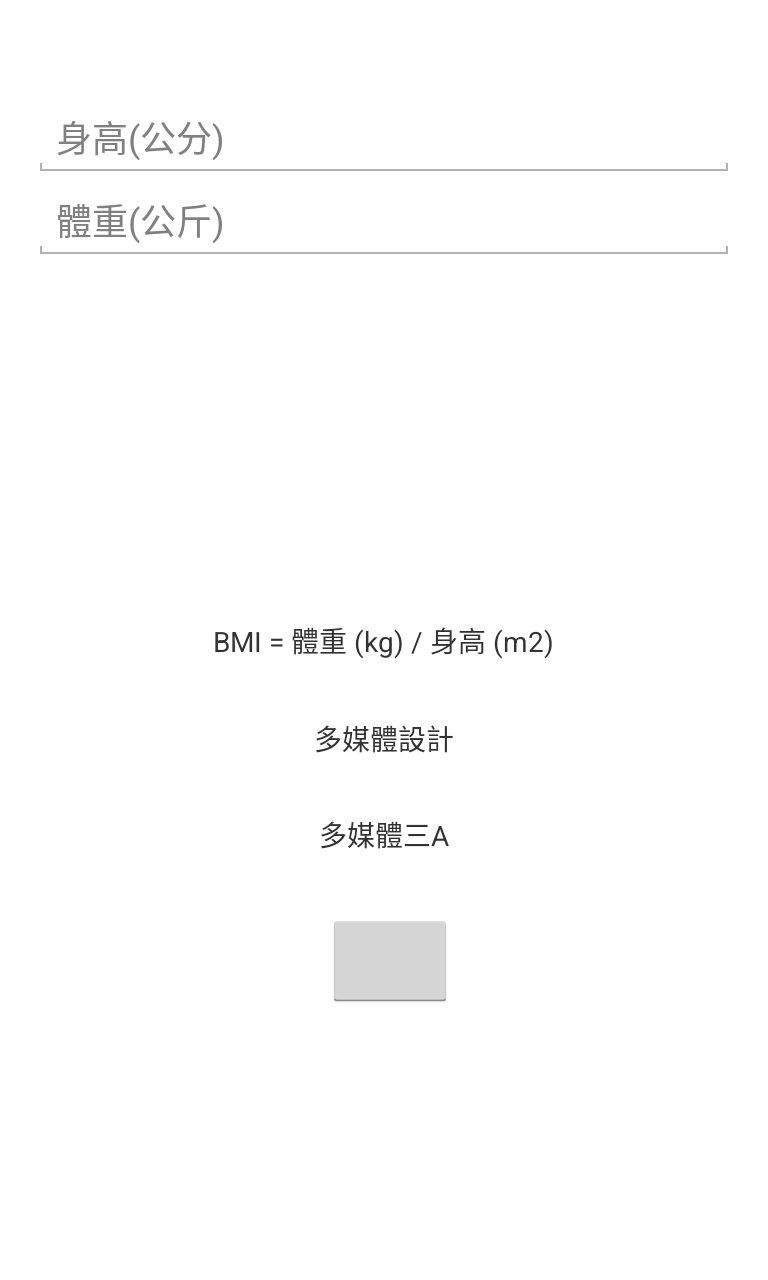
Repository: ericluo1123/myAndroidCode
Layout: myAndroidProject/res/layout/activity_main.xml
An editor plug-in stored every save of this project. The layout is shown before and after the next save, followed by the edit.
It is drawn on a 768 x 1280 px phone screen (xhdpi) without system bars, with theme AppTheme; the app's code is not run.

Above is the layout before, as saved 2014-09-26 05:42:41.

After the next save:
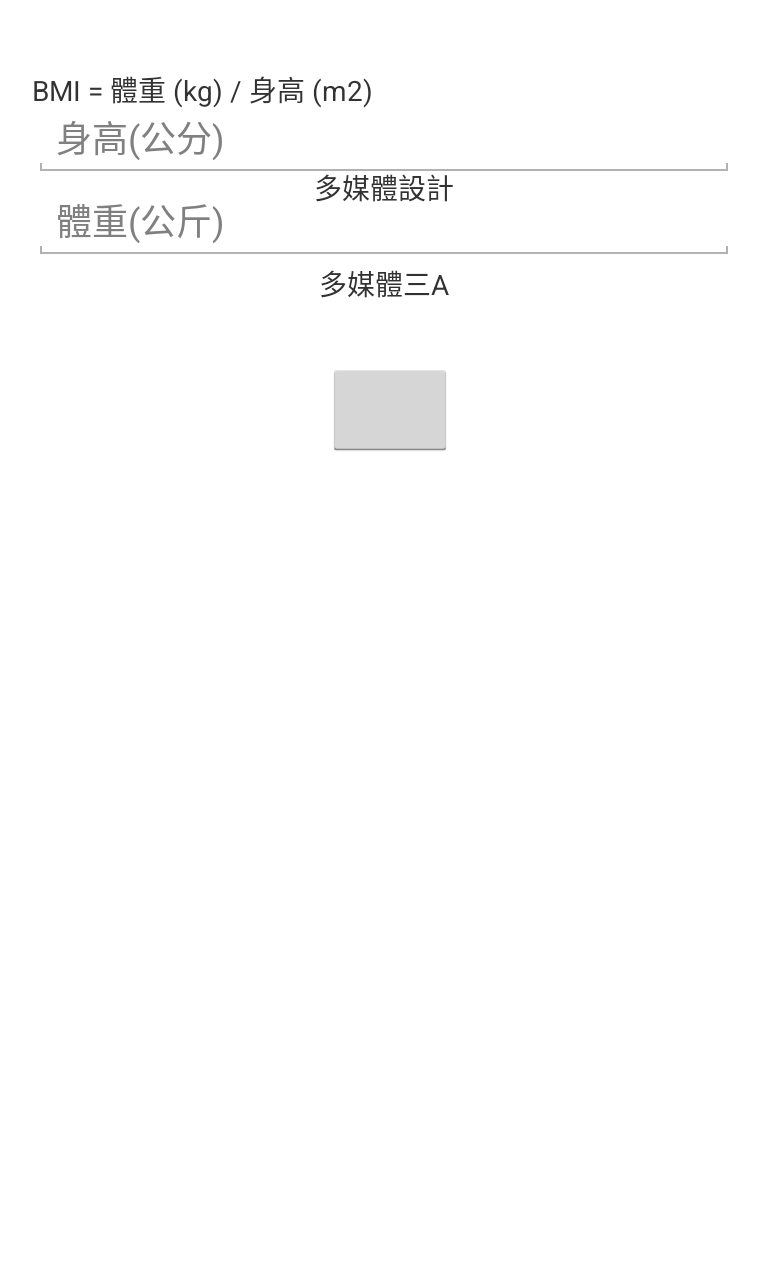
Saved 29 s later.
--- a/myAndroidProject/res/layout/activity_main.xml
+++ b/myAndroidProject/res/layout/activity_main.xml
@@ -7,14 +7,6 @@
     android:paddingRight="@dimen/activity_horizontal_margin"
     android:paddingTop="@dimen/activity_vertical_margin"
     tools:context="com.example.myandroidproject.MainActivity" >
-
-    <TextView
-        android:id="@+id/textView2"
-        android:layout_width="wrap_content"
-        android:layout_height="wrap_content"
-        android:layout_centerHorizontal="true"
-        android:layout_centerVertical="true"
-        android:text="BMI = 體重 (kg) / 身高 (m2)" />
 
     <TextView
         android:id="@+id/textView1"
@@ -61,4 +53,13 @@
         android:ems="10"
         android:hint="體重(公斤)" />
 
+    <TextView
+        android:id="@+id/textView2"
+        android:layout_width="match_parent"
+        android:layout_height="wrap_content"
+        android:layout_alignParentTop="true"
+        android:layout_centerHorizontal="true"
+        android:layout_marginTop="18dp"
+        android:text="BMI = 體重 (kg) / 身高 (m2)" />
+
 </RelativeLayout>
